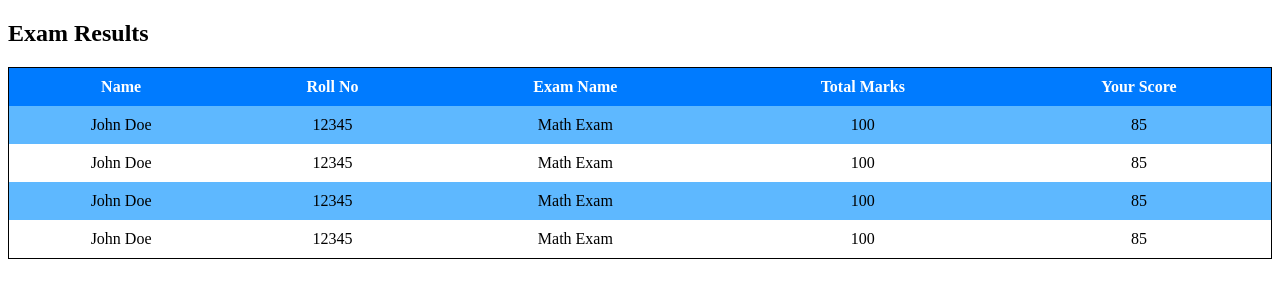
Repository: Buddhadip/ExamPortalApp_struts
Page: http://localhost/ExamWizard/WEB-INF/views/ExamResultPage.jsp
An editor plug-in stored every save of this project. The page is shown before and after the next save, followed by the edit.
The browser window is 1280 px wide. The pictures show the whole page.
The page is served by Tomcat 9. Nobody is signed in. The template is opened directly, without the code that normally fills it, so the values that code supplies are empty.

Above is the page before, as saved 2023-07-21 08:33:42.

After the next save:
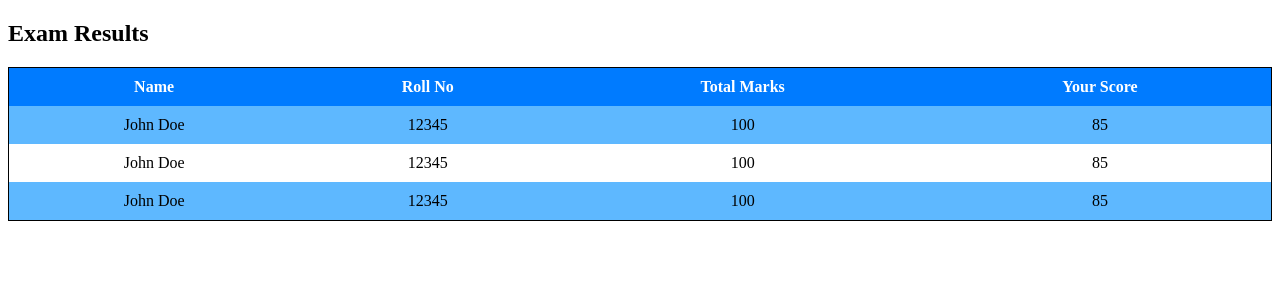
Saved 50 s later.
--- a/ExamWizard/src/main/webapp/WEB-INF/views/ExamResultPage.jsp
+++ b/ExamWizard/src/main/webapp/WEB-INF/views/ExamResultPage.jsp
@@ -12,35 +12,24 @@
         <tr>
             <th>Name</th>
             <th>Roll No</th>
-            <th>Exam Name</th>
             <th>Total Marks</th>
             <th>Your Score</th>
         </tr>
         <tr>
             <td>John Doe</td>
             <td>12345</td>
-            <td>Math Exam</td>
             <td>100</td>
             <td>85</td>
         </tr>
         <tr>
             <td>John Doe</td>
             <td>12345</td>
-            <td>Math Exam</td>
             <td>100</td>
             <td>85</td>
         </tr>
         <tr>
             <td>John Doe</td>
             <td>12345</td>
-            <td>Math Exam</td>
-            <td>100</td>
-            <td>85</td>
-        </tr>
-        <tr>
-            <td>John Doe</td>
-            <td>12345</td>
-            <td>Math Exam</td>
             <td>100</td>
             <td>85</td>
         </tr>
